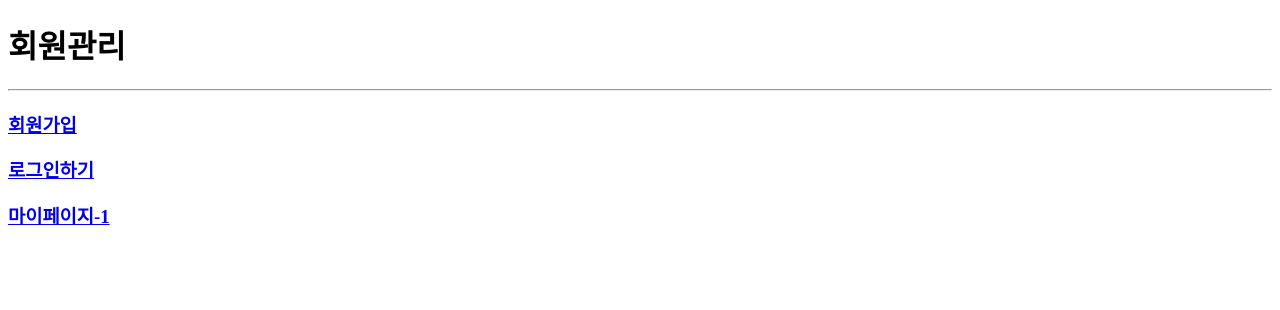
Repository: beescuit9510/toyProjects
Page: http://localhost/05_jspDbProject/
These files come from the project's save history. The page is drawn as it stood at one moment and after the next save; the edit follows.
The browser window is 1280 px wide. The pictures show the whole page.
The page is served by Tomcat 9. Other server files are loaded and not shown.

Above is the page before, as saved 2021-10-01 00:59:14.

### web-server-workplace/05_jspDbProject/src/main/webapp/index.jsp
<%@page import="kr.or.iei.member.model.vo.Member"%>
<%@ page language="java" contentType="text/html; charset=UTF-8"
    pageEncoding="UTF-8"%>
    <%
	// sesstion은 여러 객체를 저장하는 공간으로 object 로 처리
	// object는 모든 클래스의 조상 클래스로 다형성으로 처리가 가능
	// session에서 가져온 데이터 또한 object 즉, 다운캐스팅 후 사용해야함
	// 세션에 member라는 키로 로그인한 회원 정보를 저장
    	Member member = (Member)session.getAttribute("member");

    	boolean loggedIn = member!=null;
    	String logInOut= "로그인하기";
    	String href = "/05_jspDbProject/views/loginFrm.jsp";
    	String printAllMember = "";

    	if(loggedIn){
    		logInOut ="로그아웃하기";
    		href = "/05_jspDbProject/views/logout.jsp";
    		printAllMember = member.getMemberLevel()==1?"<h3><a href='/05_jspDbProject/views/allMember.jsp'> 전체 조회하기</a></h3>":"";
    	}
    %>
<!DOCTYPE html>
<html>
<head>
<meta charset="UTF-8">
<title>Insert title here</title>
</head>
<body>
	<h1>회원관리</h1>
	<hr>
	<% if(!loggedIn) {%>
	<h3><a href="/05_jspDbProject/views/joinFrm.jsp">회원가입</a></h3>
	<% } %>
	<%=printAllMember %>
	<h3><a href=<%=href %>><%=logInOut %></a></h3>
	<h3><a href="/05_jspDbProject/views/mypage.jsp">마이페이지-1</a></h3>
</body>
</html>

After the next save:
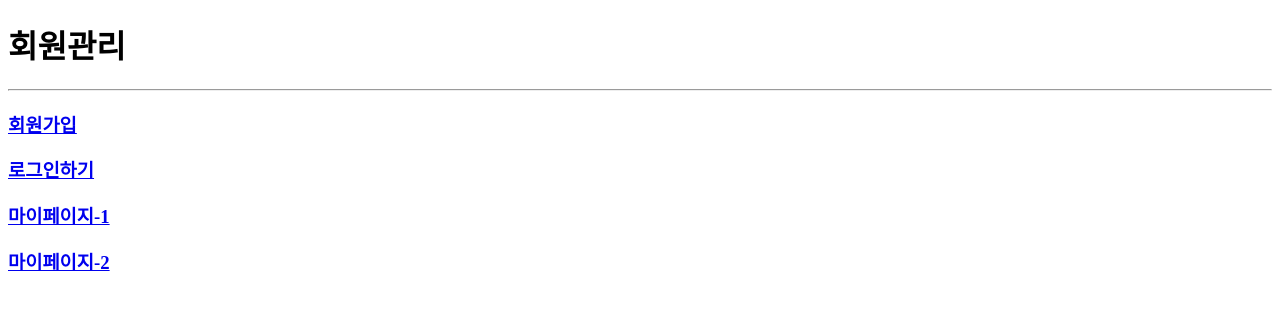
Saved 16 s later.
--- a/web-server-workplace/05_jspDbProject/src/main/webapp/index.jsp
+++ b/web-server-workplace/05_jspDbProject/src/main/webapp/index.jsp
@@ -34,5 +34,6 @@
 	<%=printAllMember %>
 	<h3><a href=<%=href %>><%=logInOut %></a></h3>
 	<h3><a href="/05_jspDbProject/views/mypage.jsp">마이페이지-1</a></h3>
+	<h3><a href="/05_jspDbProject/views/mypage2.jsp">마이페이지-2</a></h3>
 </body>
 </html>
